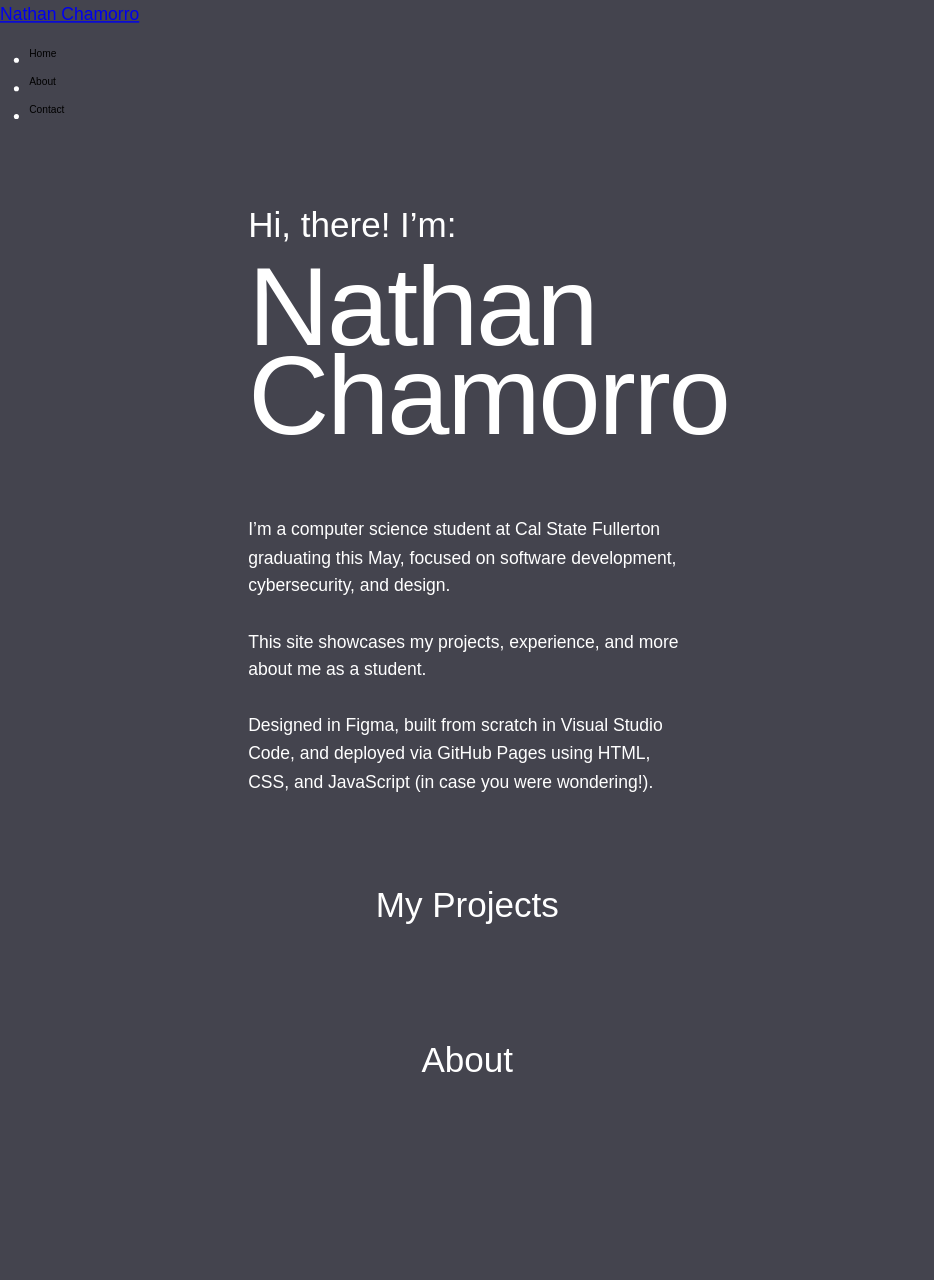
Repository: nathanchamorro1/nathanchamorro1.github.io
Page: index.html
An editor plug-in stored every save of this project. The page is shown before and after the next save, followed by the edit.
The browser window is 1280 px wide. The pictures show the whole page, at 73% of full size.
Some web fonts or font styles are not loaded; a fallback is used.

Above is the page before, as saved 2026-02-17 19:31:34.

After the next save:
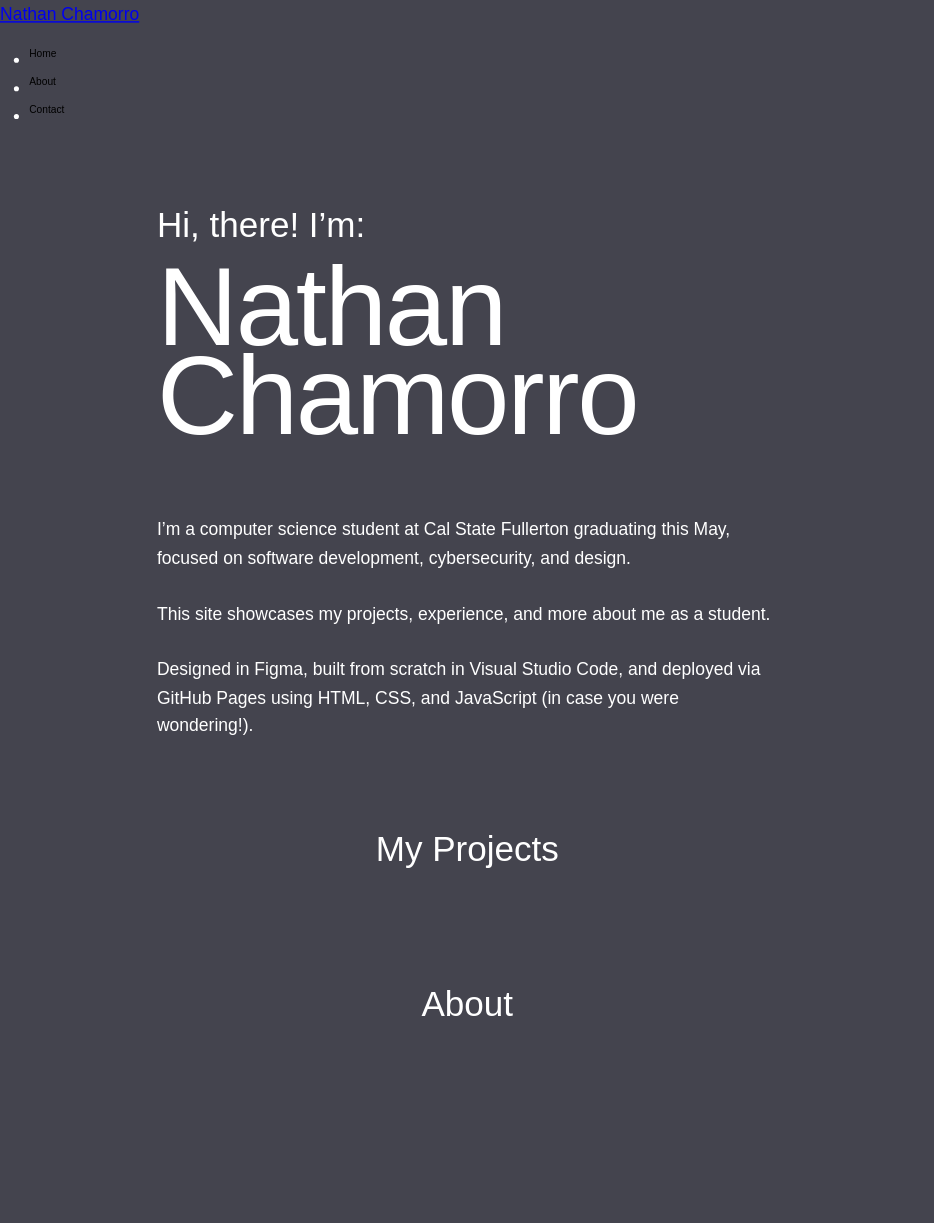
Saved 14 s later.
--- a/css/style.css
+++ b/css/style.css
@@ -11,7 +11,7 @@ body {
 }
 
 .content-wrapper {
-  max-width: 600px;
+  max-width: 850px;
   margin: 0 auto;
   padding: 0 40px;
   display: flex;
